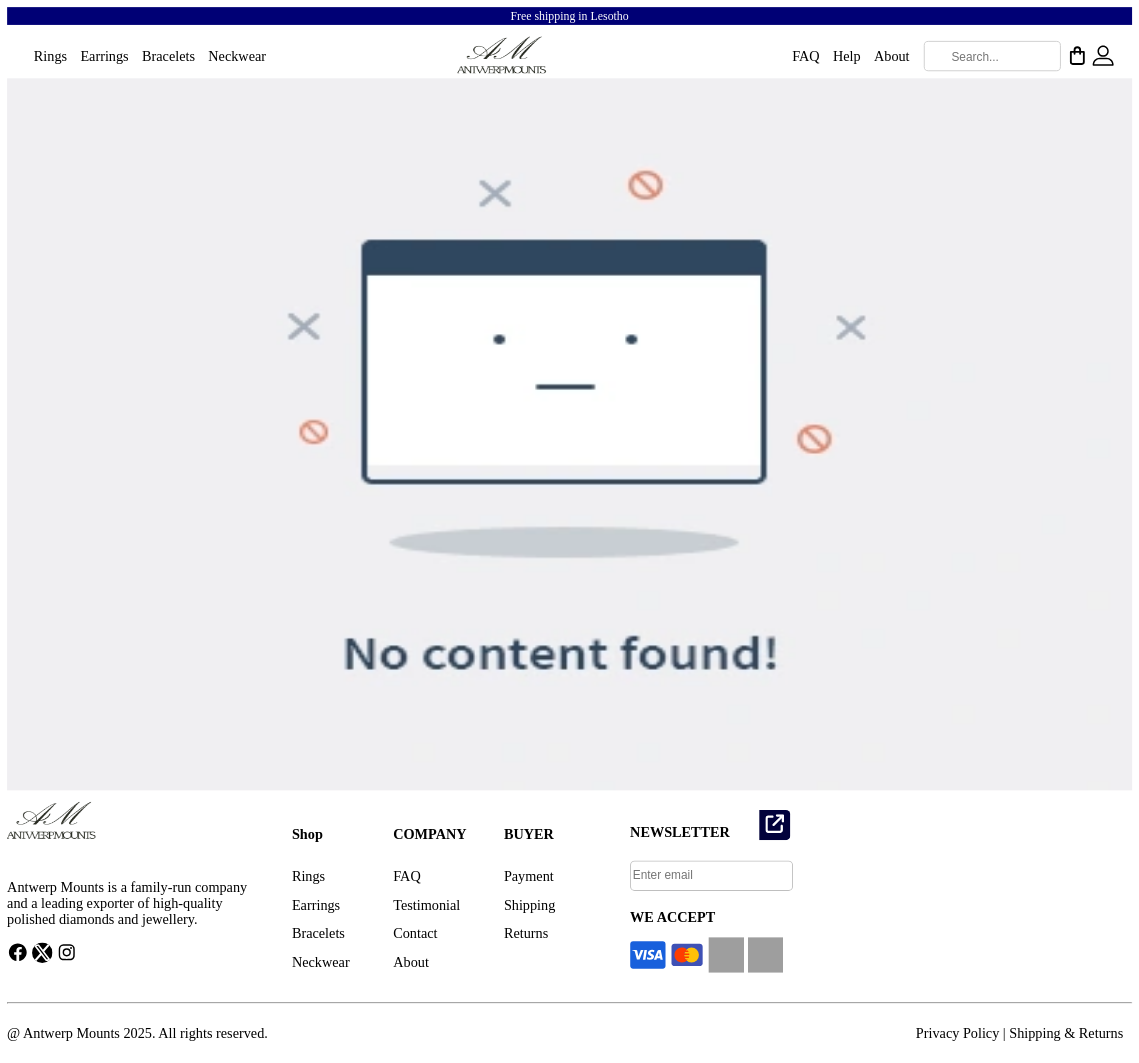
Repository: kea-0424/Web-Development-Project-1
Page: First_collaboration/JewelarySite.html
An editor plug-in stored every save of this project. The page is shown before and after a run of saves, followed by the edit.
The browser window is 1280 px wide. The pictures show the whole page, at 89% of full size.
Pictures or frames that could not be fetched are drawn as grey boxes.

Above is the page before, as saved 2025-01-23 11:25:23.

### First_collaboration/JewelarySite.html
<!DOCTYPE html>
<html lang="en">
<head>
    <meta charset="UTF-8">
    <meta name="viewport" content="width=device-width, initial-scale=1.0">
    <title>Document</title>
    <link rel="stylesheet" href="./JewelarySite.css">
</head>
<body>
    <header>
        <div class="notification">
            <span>Free shipping in Lesotho</span>
        </div>
        <nav>
                <ul class="navigations"  id="right_nav">
                    <li class="navbar_links"><a href="#">Rings</a></li>
                    <li class="navbar_links"><a href="#">Earrings</a></li>
                    <li class="navbar_links"><a href="#">Bracelets</a></li>
                    <li class="navbar_links"><a href="#">Neckwear</a></li>
                </ul>

            <div class="logo_container">
<img src="Main_Logo-removebg-preview.png" alt="Logo" class="main_logo" id="Nav_logo">
            </div>
                <ul class="navigations" id="left_nav">
                    <li class="navbar_links"><a href="#">FAQ</a></li>
                    <li class="navbar_links"><a href="#">Help</a></li>
                    <li class="navbar_links"><a href="#">About</a></li>
                </ul>
                <form action="#">
                    <i class='bx bx-search-alt-2'></i>
                    <input class='searchbar' type="text" placeholder="Search...">
                </form>
                <div class="nav_icons">
                    <img src="./cart.svg" alt="Logo" class="icon">
                    <img src="./profile.svg" alt="Logo" class="icon">
                </div>
        </nav>
    </header>
    <main>
        <img src="./NoContent.webp" alt="No_Content" class="No_Content">
    </main>
    <footer>
        <div class="about_us">
            <div class="logo_container">
                <img src="Main_Logo-removebg-preview.png" alt="Logo" class="main_logo">
                            </div>
                            <div class="bio">
                                <p>Antwerp Mounts is a family-run company<br>
                                    and a leading exporter of high-quality<br>
                                   polished diamonds and jewellery.</p>
                            </div>
                                <div class="social_media">
                                    <div class="socials" >
                                        <a href="#"><img src="./bxl-facebook-circle (1).svg" alt="Facebook" id="facebook_link"></a>
                                    </div>
                                    <div class="socials">
                                        <a href="#"><img src="./x-twitter-brands-solid.svg" alt="Twitter" id="X_link"></a>
                                    </div>
                                    <div class="socials">
                                        <a href="#"><img src="./bxl-instagram (1).svg" alt="Instagram" id="instagram_link"></a>
                                    </div>
                                    </div>
        </div>
        <div class="navigation">
            <div class="list1">
                <h4>Shop</h4>
                <ul class="footer_lists">
                    <li><a href="#">Rings</a></li>
                    <li><a href="#">Earrings</a></li>
                    <li><a href="#">Bracelets</a></li>
                    <li><a href="#">Neckwear</a></li>
                </ul>
            </div>
            <div class="list2">
               <h4>COMPANY</h4>
               <ul class="footer_lists">
                <li><a href="#">FAQ</a></li>
                <li><a href="#">Testimonial</a></li>
                <li><a href="#">Contact</a></li>
                <li><a href="#">About</a></li>
               </ul>
            </div>
            <div class="list3">
                <h4>BUYER</h4>
                <ul class="footer_lists">
                    <li><a href="#">Payment</a></li>
                    <li><a href="#">Shipping</a></li>
                    <li><a href="#">Returns</a></li>
                </ul>
            </div>
        </div>
        <div class="Subscription">
            <h4>NEWSLETTER</h4>
            <form action="#">
                <div class="input_container">
                    <input type="text" placeholder="Enter email" class="newsletter_input">
                    <button type="submit" class="submit_btn"><img src="./arrow-up-right-from-square-solid.svg" alt="arrow"></button>
                </div>
            </form>
            <h4>WE ACCEPT</h4>
            <div class="payment_methods">
                <div class="payment_method">
                    <img src="./cc-visa-brands-solid.svg" alt="visa" id="visa">
                </div>
                <div class="payment_method">
                    <img src="mastercard.svg" alt="mastercard" id="mastercard">
                </div>
                <div class="payment_method">
                    <img src="./paypal.svg" alt="paypal" id="paypal">
        </div>
        <div class="payment_method">
            <img src="./skrill.svg" alt="skrill" id="skrill">
        </div>
            </div>
        </div>
        <hr>
        <div class="copyright">
            <p class="left_details">@ Antwerp Mounts 2025. All rights reserved.</p>
            <p class="right_details">Privacy Policy | Shipping & Returns</p>
        </div>
    </footer>
</body>
</html>

### First_collaboration/JewelarySite.css

body {
    box-sizing: border-box;
}
.notification {
    background-color: rgb(0 0 117);
    color: rgb(255 255 255);
    display: flex;
    align-items: center;
    justify-content: center;
    font-size: smaller;
    width: inherit;
    height: 20px;
}
nav {
    display: flex;
    justify-content: space-between;
    /*padding: 10px;*/
}
.main_logo {
    height: 80px;
    width: 100px;
    margin-top: 0;

}
#Nav_logo {
    margin: 0 auto;
    position: absolute;
    left: 40%;
}
.navigations,.navbar_links {
    list-style-type: none;
    display: flex;
    justify-content: space-between;
list-style: none;
text-decoration: none;
color: inherit;
margin-right: 15px;
padding: 0;
}
nav {
    position:relative;
    width: 100%;
    height: 60px
}

a {
    text-decoration: none;
color: inherit;
}
a:hover {
    /*font-size: larger;*/
    transition: font-size 0.2s ease-in-out;
    position: relative;
    /*background-color: blue;*/
    color: rgba(0 0 255 / 0.26);
    border-radius: 3px;
}
main,.No_Content {
    width: 100%;
    height: 800px;
}
.searchbar {
    width: 120px;
    height: 30px;
    border-radius: 5px;
    border: 1px solid #ccc;
    margin-top: 18px;
    padding-left: 30px;
    position: absolute;
    right: 80px;

}
.navbar_links {
    margin-top: 10px;
}
.icon {
    width: 25px;
    height: 25px;
    margin-top: 22px;
}
#left_nav{
    position: absolute;
    right: 220px;
}
#right_nav {
    position: absolute;
    left: 30px;
}
.nav_icons {
    margin-right: 20px;
}
.socials {
    /*border: 1px solid red;*/
    display: inline;
    height: 50px;
    width: 50px;
}
.bio {
    /*border: 1px solid red;*/
    display: inline-block;
}
#X_link {
    background-color: black;
    height: 23px;
    width: 23px;
    border-radius: 50%;
    display: inline-block;
}
/*.list1,.list2,.list3*/.navigation{
    /*border: 1px solid red;*/
    display: inline-block;
    position: absolute;
    left: 320px;
    top: 20px;
box-sizing: border-box;
}
footer {
    /*border: 1px solid red;*/
    position: relative;
}
.list1,.list2,.list3 {
    /*border: 1px solid red;*/
    display: inline-block;
    box-sizing: border-box;
    margin-right: 5px;
}
.list3 {
    position: relative;
    bottom: 32px;
}
.footer_lists {
    position: relative;
    right: 40px;
    list-style: none;
    line-height: 2em;
}
.input_container{

}
.newsletter_input {
    height: 30px;
    overflow: hidden;
    border-radius: 5px;
    border: 1px solid rgba(0 0 0 / 0.25);
    position: relative;
    /*z-index: 1;*/
}
.submit_btn {
    background-color: rgb(2 2 59);
    border: 1px solid transparent;
    height: 34px;
    width: 35px;
    position: absolute;
    right: 3px;
    top: 4px;
    border-radius:0px 5px 5px 0px;
}
#visa, #mastercard, #paypal, #skrill {
    height: 40px;
    width: 40px;
}
#visa:hover, #mastercard:hover, #paypal:hover, #skrill:hover {
    height: 50px;
    width: 50px;
}
.payment_method {
    /*border: 1px solid red;*/
    display: inline-block;
    position: relative;
    bottom: 8px;
}
.Subscription {
/*border: 1px solid red;*/
display: inline;
position: absolute;
left: 700px;
top:18px;
}
hr {
    margin-top: 40px;
}
.copyright {
   /* border: 1px solid red;*/
    position: relative;
}
.left_details {
    /*border: 1px solid red;*/
    display: inline-block;
}
.right_details {
    /*border: 1px solid red;*/
    display: inline;
    position: absolute;
    right: 10px;
}

After the next 2 saves:
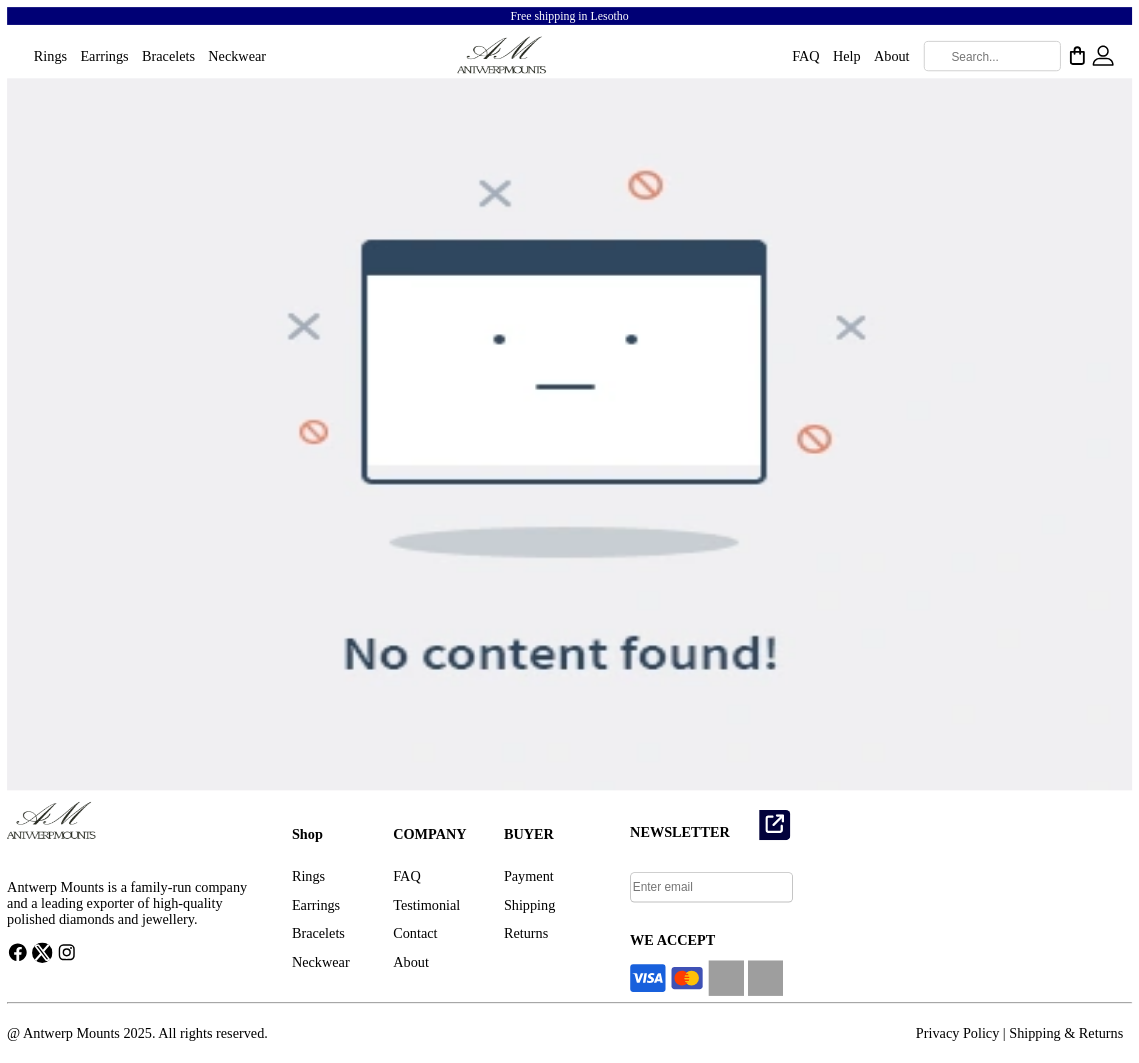
The 2 saves are shown as one change because they came seconds apart.
The last was saved 8 s later.
--- a/First_collaboration/JewelarySite.css
+++ b/First_collaboration/JewelarySite.css
@@ -136,7 +136,12 @@ footer {
     line-height: 2em;
 }
 .input_container{
-
+    /*border: 1px solid red;*/
+    display: flex;
+    justify-content: center;
+    align-items: center;
+    width: 100%;
+    height: 60px
 }
 .newsletter_input {
     height: 30px;
